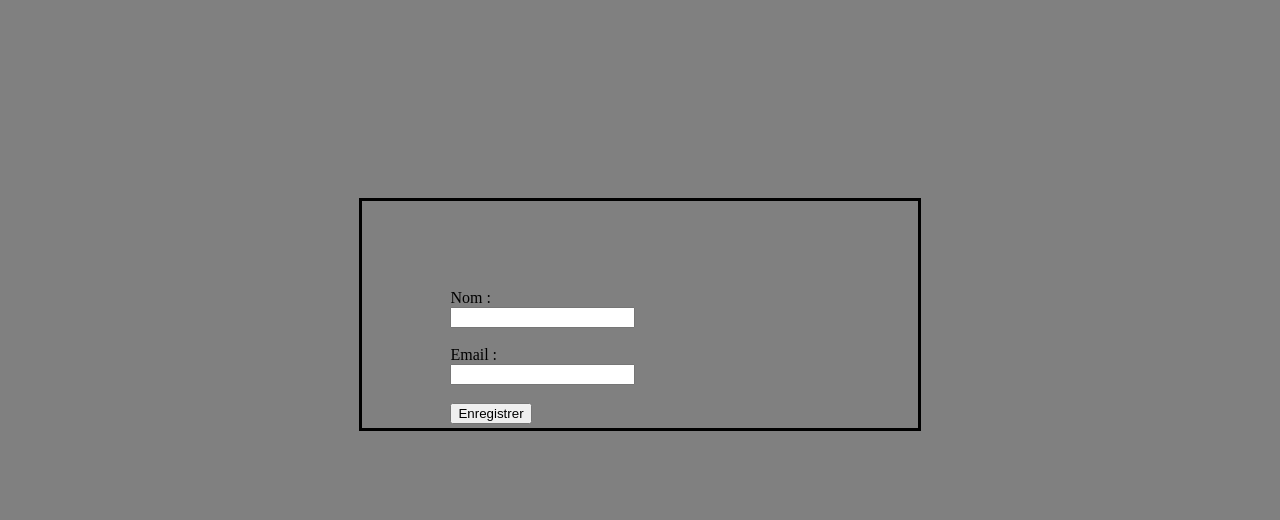
Repository: Haidara-97/TPJEE
Page: http://localhost/AppTest/
The author's editor kept a copy of each file at every save. The page is drawn from the files as they stood at one save, then again after the next save.
The browser window is 1280 px wide. The pictures show the whole page.
The page is served by Tomcat 9. Other server files are loaded and not shown.

Above is the page before, as saved 2025-06-18 14:12:06.

### AppTest/src/main/webapp/index.jsp
<%@ page language="java" contentType="text/html; charset=UTF-8"
    pageEncoding="UTF-8"%>
<!DOCTYPE html>
<html>
<head>
<meta charset="UTF-8">
<title>Insert title here</title>
<style>
body{
display: flex;
background-color: gray;
align-items: center;
}
.forme{
margin :auto;
margin-top:15%;
border: solid;
width:30%;
height: 50px;
padding:7%;
}
</style>
</head>
<body >
<div class="forme" >
<form action="UserServlet" method="POST">
<label for=nom > Nom :</label><br>
        <input type="text" id="nom" name="nom"><br><br>
<label for=email> Email :</label> <br>
        <input type="text" id= "email" name="email"><br><br>
        <input type = "submit" id="button" value= Enregistrer>
</form>
</div>
</body>
</html>

After the next save:
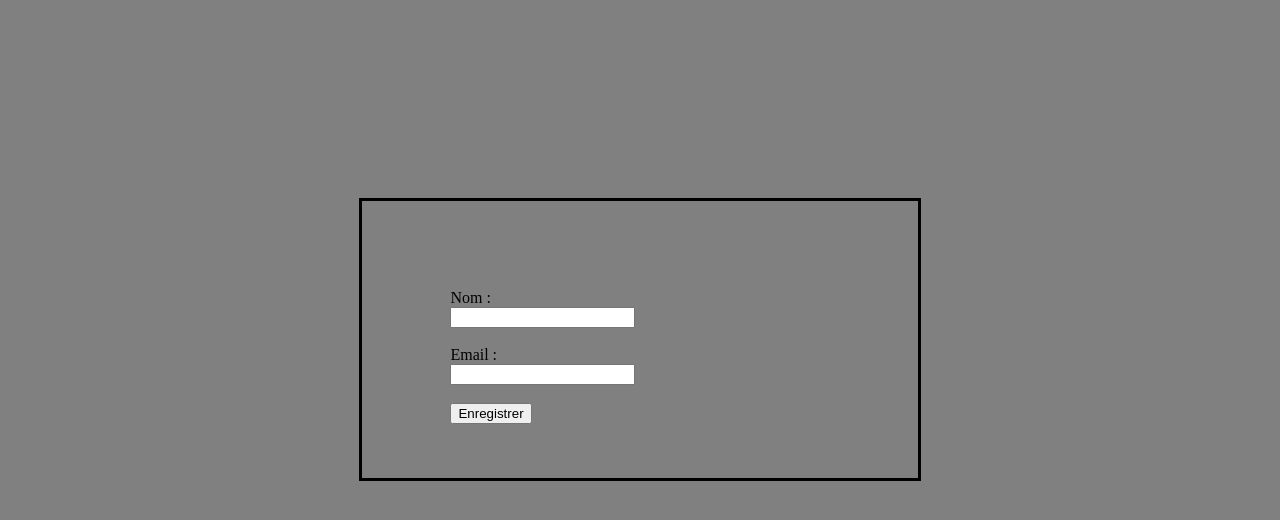
Saved 14 s later.
--- a/AppTest/src/main/webapp/index.jsp
+++ b/AppTest/src/main/webapp/index.jsp
@@ -16,7 +16,7 @@ margin :auto;
 margin-top:15%;
 border: solid;
 width:30%;
-height: 50px;
+height: 100px;
 padding:7%;
 }
 </style>
